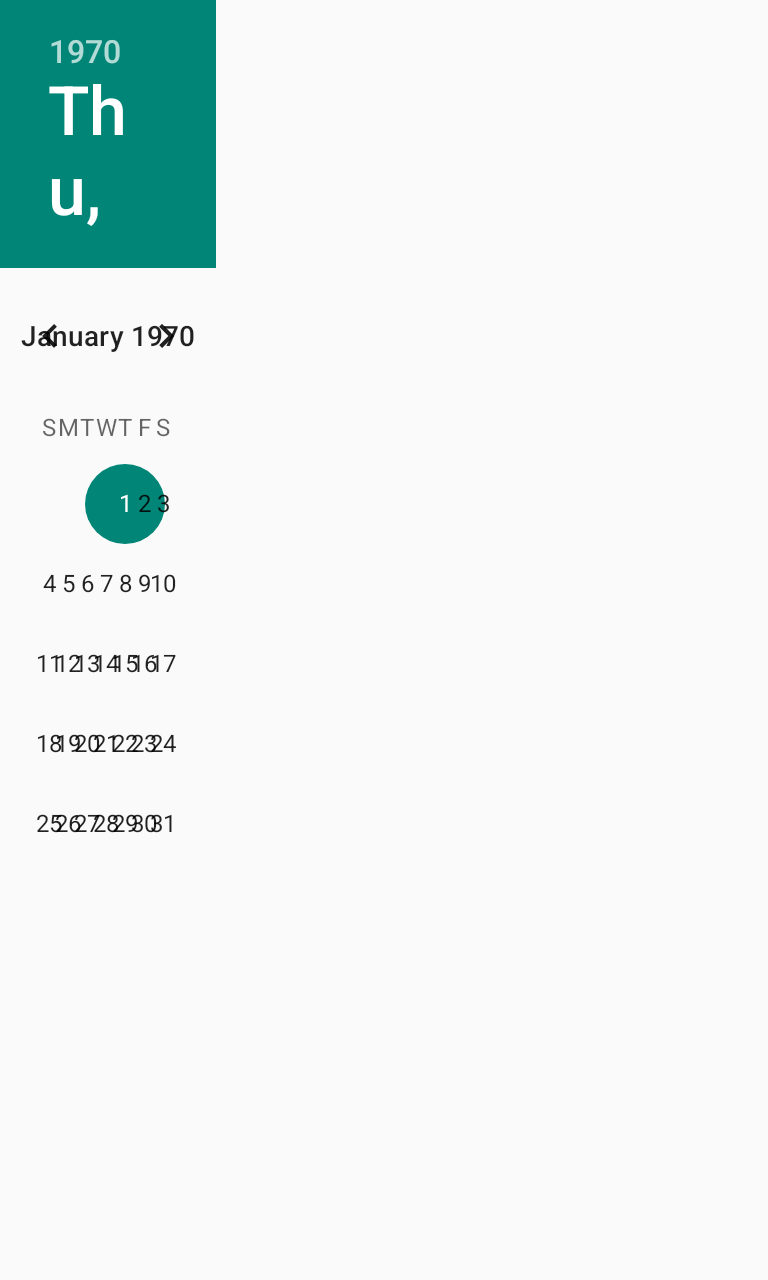
Repository: almuza/Chapter4
Layout: Chapter4/MyContactList/res/layout/dateselect.xml
These files come from the project's save history. The layout is drawn as it stood at one moment and after a run of saves; the edit follows.
It is drawn on a 768 x 1280 px phone screen (xhdpi) without system bars, with theme AppTheme; the app's code is not run.

Above is the layout before, as saved 2014-04-30 02:28:52.

### Chapter4/MyContactList/res/layout/dateselect.xml
<?xml version="1.0" encoding="utf-8"?>
<LinearLayout xmlns:android="http://schemas.android.com/apk/res/android"
    android:layout_width="match_parent"
    android:layout_height="match_parent"
    android:orientation="vertical" >

    <DatePicker
        android:id="@+id/birthdayPicker"
        android:layout_width="108dp"
        android:layout_height="wrap_content" />

</LinearLayout>

Loaded but not shown: Chapter4/MyContactList/res/values/styles.xml (common file); Chapter4/MyContactList/res/values-v11/styles.xml (common file); Chapter4/MyContactList/res/values-v14/styles.xml (common file)

After the next 2 saves:
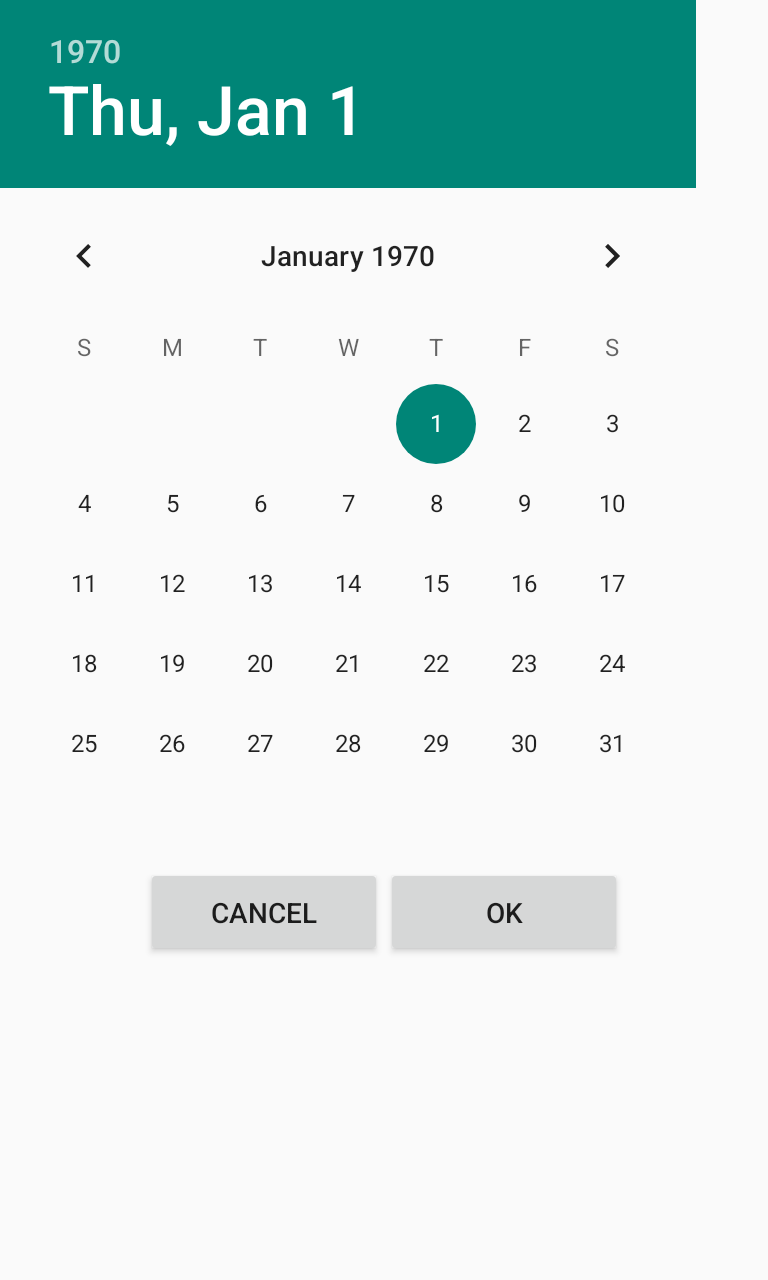
The 2 saves are shown as one change because 1 did not build or start.
The last was saved 8 min 6 s later.
--- a/Chapter4/MyContactList/res/layout/dateselect.xml
+++ b/Chapter4/MyContactList/res/layout/dateselect.xml
@@ -1,12 +1,39 @@
 <?xml version="1.0" encoding="utf-8"?>
 <LinearLayout xmlns:android="http://schemas.android.com/apk/res/android"
+    android:id="@+id/dateSelectLayout"
     android:layout_width="match_parent"
     android:layout_height="match_parent"
     android:orientation="vertical" >
 
     <DatePicker
         android:id="@+id/birthdayPicker"
-        android:layout_width="108dp"
+        android:calendarViewShown="false"
+        android:layout_width="wrap_content"
         android:layout_height="wrap_content" />
 
+    <TableLayout
+        android:layout_width="match_parent"
+        android:layout_height="wrap_content" >
+
+        <TableRow
+            android:id="@+id/tableRow1"
+            android:layout_width="wrap_content"
+            android:layout_height="wrap_content"
+            android:gravity="center_horizontal" >
+
+            <Button
+                android:id="@+id/btnCancel"
+                android:layout_width="120dp"
+                android:layout_height="wrap_content"
+                android:text="Cancel" />
+
+            <Button
+                android:id="@+id/btnOk"
+                android:layout_width="120dp"
+                android:layout_height="wrap_content"
+                android:text="Ok" />
+
+        </TableRow>
+    </TableLayout>
+
 </LinearLayout>
